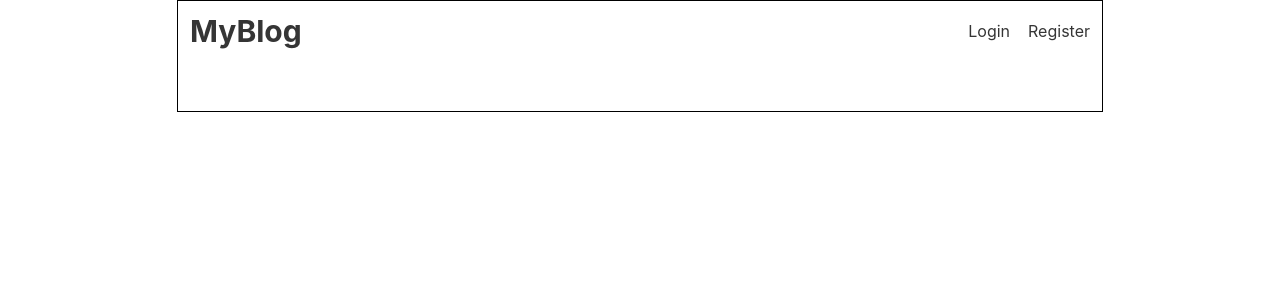
Repository: ateeque-219/BlogApp
Page: /login (app in blogapp/)
The author's editor kept a copy of each file at every save. The page is drawn from the files as they stood at one save, then again after a run of saves.
The browser window is 1280 px wide. The pictures show the whole page.
The project was rebuilt for these pictures with package versions that can differ from the ones it lists, and the page was loaded fresh each time. Also part of the build but not shown: blogapp/src/Post.js, blogapp/src/pages/Indexpage.js.

Above is the page before, as saved 2024-01-09 12:38:19.

### blogapp/src/index.js
import React from 'react';
import ReactDOM from 'react-dom/client';
import './index.css';
import App from './App';
import  { BrowserRouter } from "react-router-dom";

const root = ReactDOM.createRoot(document.getElementById('root'));
root.render(
  <React.StrictMode>
   <BrowserRouter>
   <App />
   </BrowserRouter>
  </React.StrictMode>
);

### blogapp/src/App.js

import { Route, Routes } from 'react-router';
import './App.css';
import Layoutt from './Layoutt';
import Indexpage from './pages/Indexpage';
import LoginPage from './pages/LoginPage';
function App() {
  return (
    <Routes>
      <Route path="/" element={<Layoutt />}>
        <Route index element={<Indexpage />} />
        <Route path='/login' element={LoginPage} />
      </Route>
    </Routes>
  );
}

export default App;

### blogapp/src/App.css
body{
  color: #353535;
}
img{
  max-width: 100%;
}
main{
  padding: 12px;
  max-width: 900px;
  margin:0 auto ;
  border: 1px solid black;
}
header{
 display: flex;
 justify-content: space-between;
 margin-bottom: 50px;
 align-items: center;
}
header a{
  text-decoration: none;
  color: inherit;
}
header a.logo{
  font-weight: bolder;
  font-size: 30px;
}
header nav{
  display: flex;
  gap: 18px;
}
div.post{
  display: flex;
  gap: 22px;
   margin-bottom: 44px;
}
div.texts{
  margin: 0;
  padding: 0;
}

.texts h2 {
  margin: 0;
}

.image {
  margin-top: 18px;
  width: 600px;
}
div.post p.info{
  margin: 5px 0;
  display: flex;
  gap: 5px;
  font-weight: bold;
  color: #888;
  font-size: 1rem;

}
div.post p.info a.author{
  color: #333;
}
div.post p.summary{
  margin:4px 0;
  line-height: 1.5rem;
}

### blogapp/src/Layoutt.js
import React from 'react'
import Head from './Head'
import { Outlet } from 'react-router-dom'
const Layoutt = () => {
  return (
    <main>
      <Head></Head>
      <Outlet/>
    </main>
  )
}

export default Layoutt

### blogapp/src/Head.js
import React from 'react'
import { Link } from 'react-router-dom';
const Head = () => {
  return (
    <div><header>
    <Link to="/" className="logo">MyBlog</Link>
    <nav>
      <Link to="/login">Login</Link>
      <Link to="/register">Register</Link>
    </nav>
  </header></div>
  );
};
export default Head;

Loaded but not shown: blogapp/public/index.html (common file); blogapp/src/index.css (common file); blogapp/src/pages/LoginPage.js (common file)

After the next 2 saves:
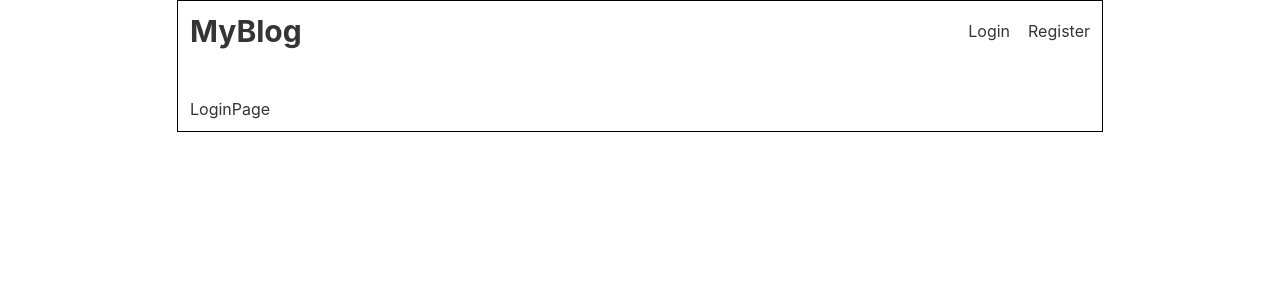
The 2 saves are shown as one change because they came seconds apart.
The last was saved 43 s later.
--- a/blogapp/src/App.js
+++ b/blogapp/src/App.js
@@ -9,7 +9,7 @@ function App() {
     <Routes>
       <Route path="/" element={<Layoutt />}>
         <Route index element={<Indexpage />} />
-        <Route path='/login' element={LoginPage} />
+        <Route path='/login' element={<LoginPage/>} />
       </Route>
     </Routes>
   );
